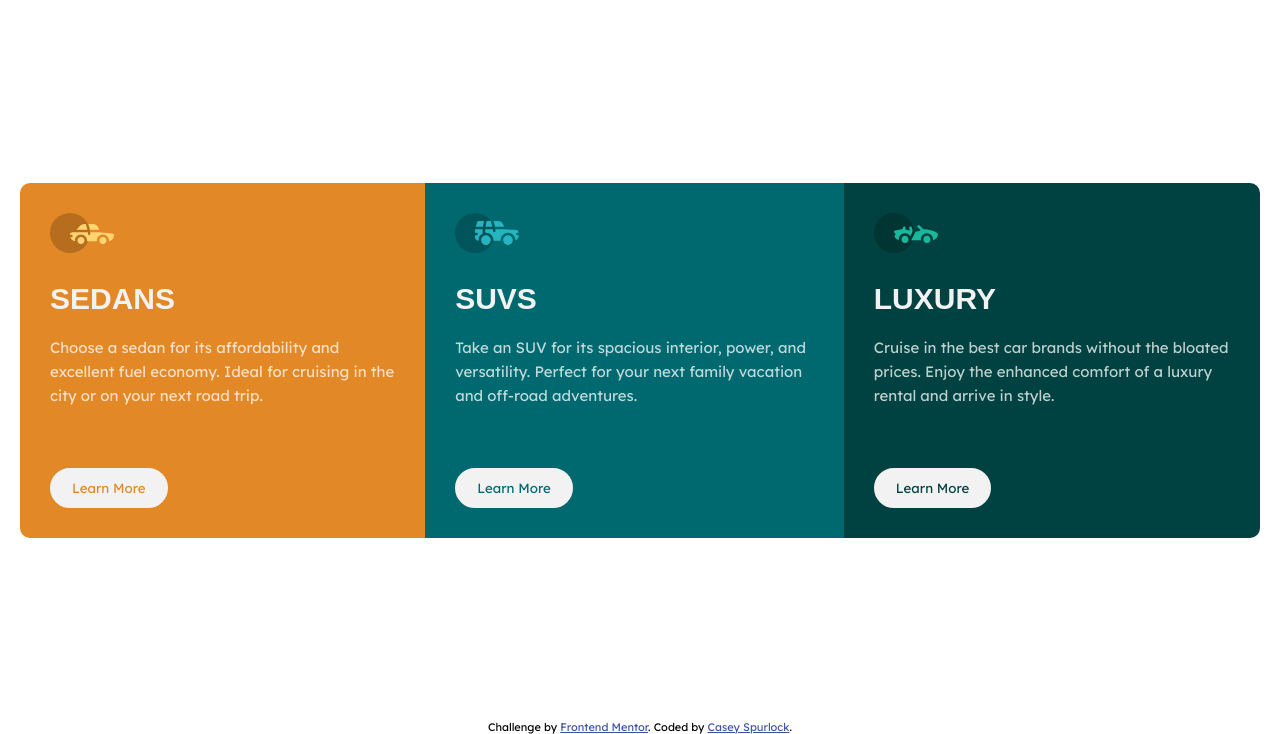
Repository: CaseySpurlock/3-column-preview-card-component-main
Page: index.html
The author's editor kept a copy of each file at every save. The page is drawn from the files as they stood at one save, then again after the next save.
The browser window is 1280 px wide. The pictures show the whole page.

Above is the page before, as saved 2021-06-23 11:23:34.

After the next save:
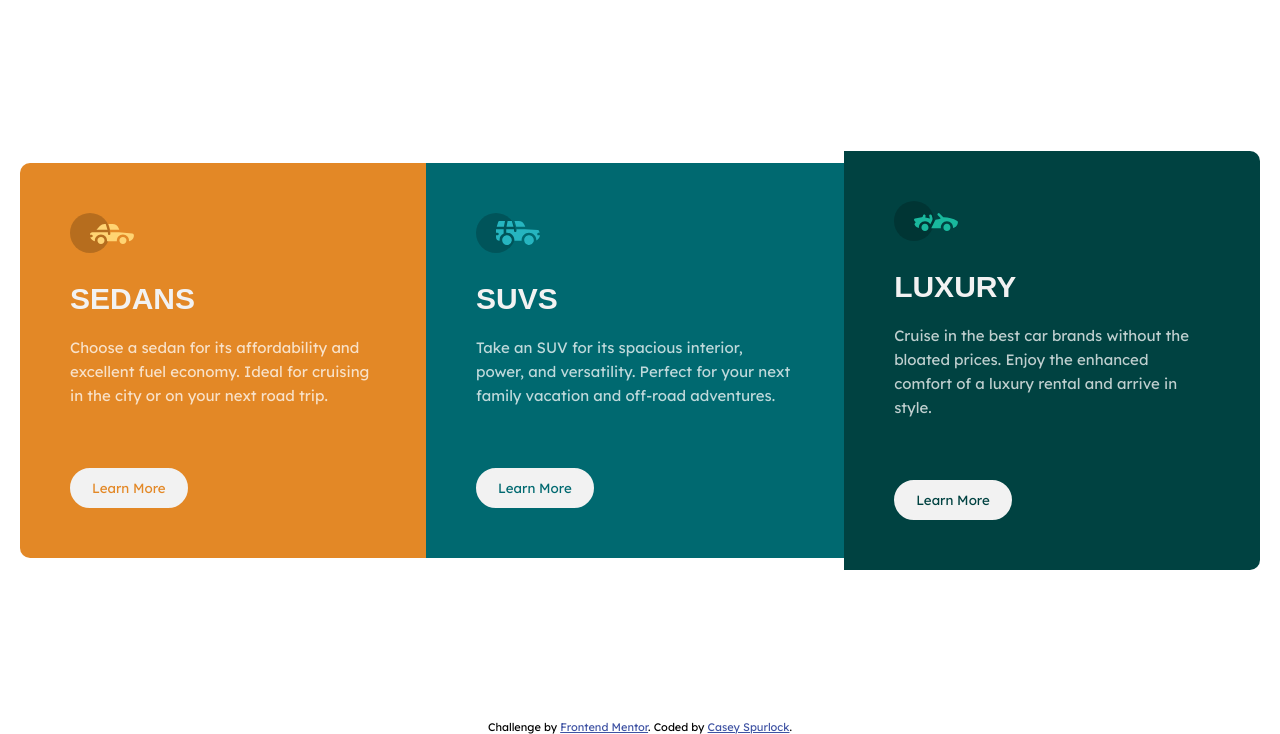
Saved 80 s later.
--- a/style.css
+++ b/style.css
@@ -110,6 +110,10 @@
         border-radius: 0 10px 10px 0;
     }
 
+    .card {
+        padding: 50px;
+    }
+
     .card p {
         margin-bottom: 60px;
     }
